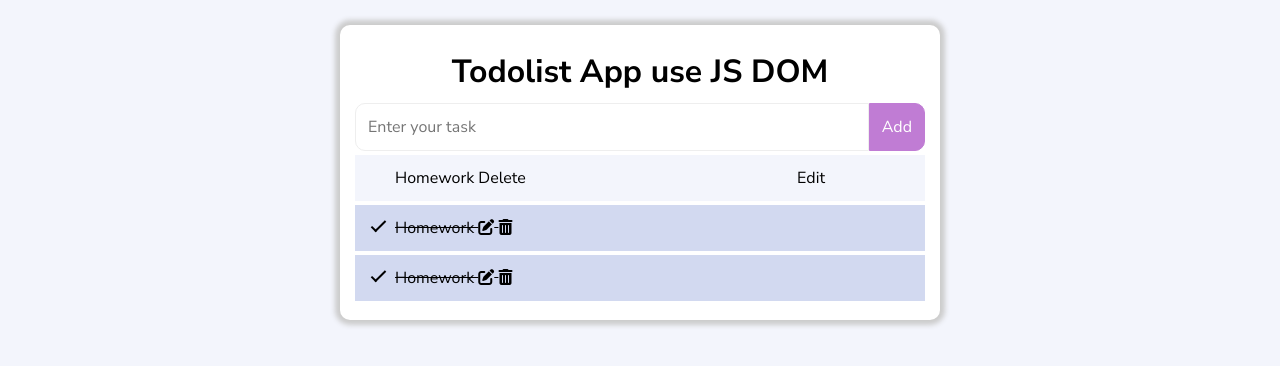
Repository: anhquan74-dev/todolist_app
Page: index.html
The author's editor kept a copy of each file at every save. The page is drawn from the files as they stood at one save, then again after the next save.
The browser window is 1280 px wide. The pictures show the whole page.
Some web libraries are served in a nearby version.

Above is the page before, as saved 2022-07-21 16:26:50.

After the next save:
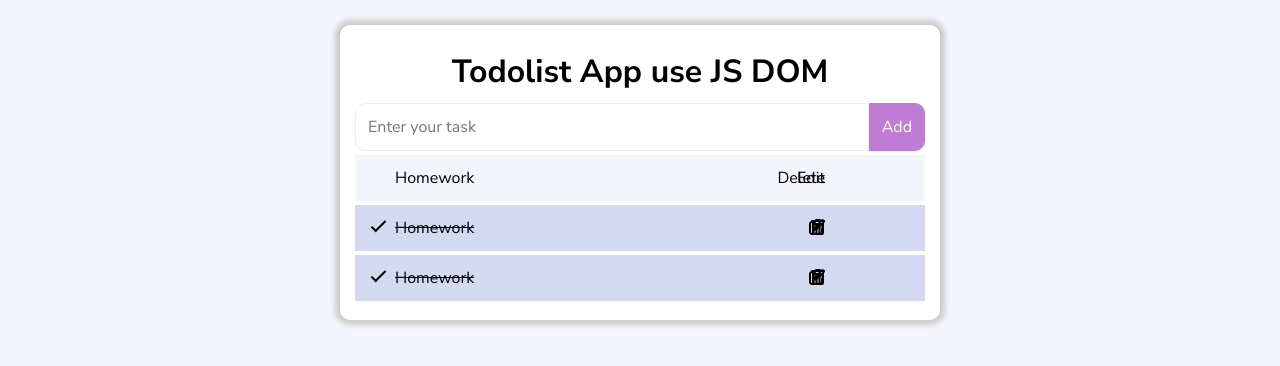
Saved 7 s later.
--- a/style.css
+++ b/style.css
@@ -80,7 +80,7 @@ h1 {
     right: 100px;
 }
 
-.delete-btn {
+.close-btn {
     position: absolute;
     top: 50%;
     transform: translateY(-50%);

After the 2 saves that followed:
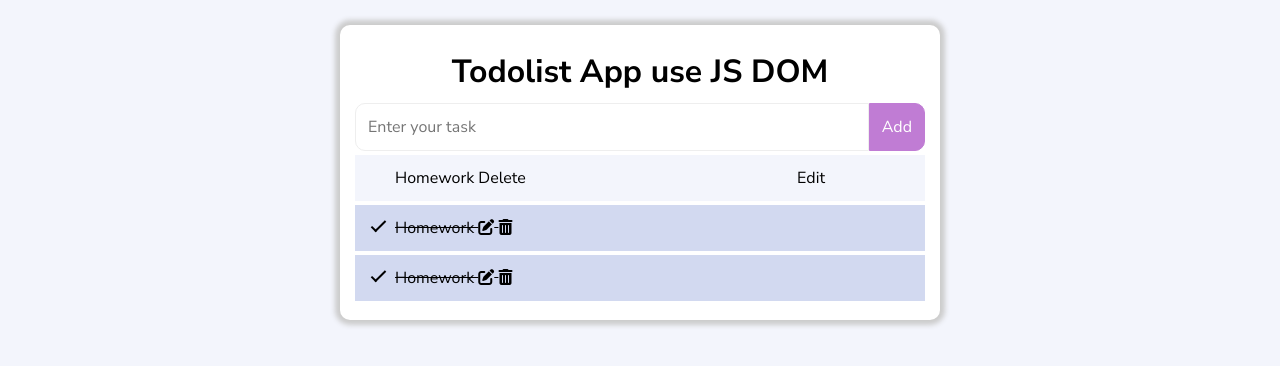
The 2 saves are shown as one change because they came seconds apart.
The last was saved 9 s later.
--- a/index.html
+++ b/index.html
@@ -25,17 +25,17 @@
         <li class="item">
           Homework
           <a class="edit-btn">Edit</a>
-          <a class="close-btn">Delete</a>
+          <a class="delete-btn">Delete</a>
         </li>
         <li class="item checked">
           Homework
-          <span class="close-btn"><i class="fa-solid fa-pen-to-square"></i></i></span>
-          <span class="close-btn"><i class="fa-solid fa-trash-can"></i></span>
+          <span class="delete-btn"><i class="fa-solid fa-pen-to-square"></i></i></span>
+          <span class="delete-btn"><i class="fa-solid fa-trash-can"></i></span>
         </li>
         <li class="item checked">
           Homework
-          <span class="close-btn"><i class="fa-solid fa-pen-to-square"></i></i></span>
-          <span class="close-btn"><i class="fa-solid fa-trash-can"></i></span>
+          <span class="delete-btn"><i class="fa-solid fa-pen-to-square"></i></i></span>
+          <span class="delete-btn"><i class="fa-solid fa-trash-can"></i></span>
         </li>
       </ul>
     </div>
